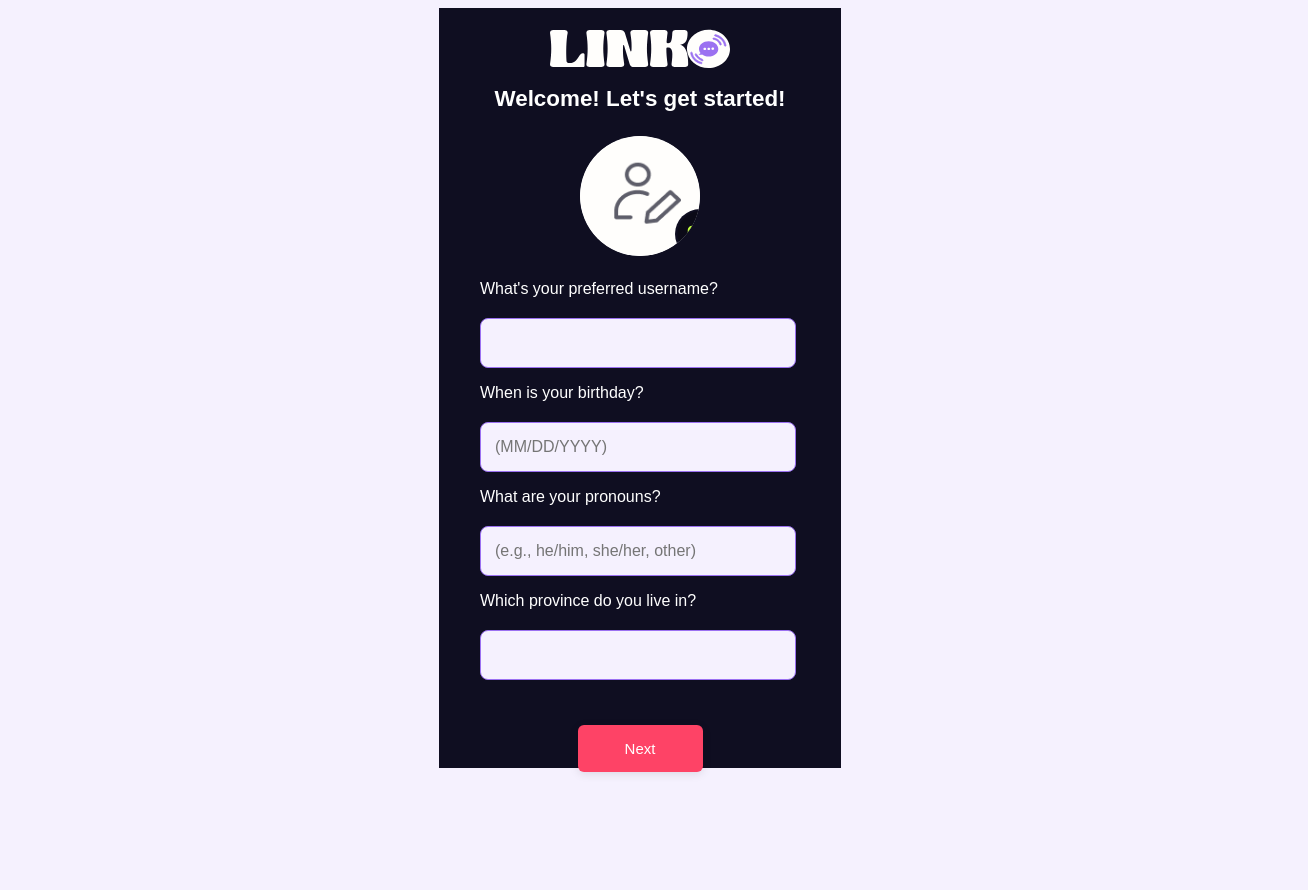
Repository: richelletiongson/MDIA2109_Linko
Page: /onboard/signup (app in linko_whatdafour/)
These files come from the project's save history. The page is drawn as it stood at one moment and after the next save; the edit follows.
The browser window is 1280 px wide. The page is 1280 px wide, then 1308 px, so the pictures cover 1308 px, including what lies to the right of the window. The pictures show the whole page.
The project was rebuilt for these pictures with package versions that can differ from the ones it lists, and the page was loaded fresh each time. The framework's server and built-in components were replaced by stand-ins that run in the browser. Also part of the build but not shown: linko_whatdafour/next.config.mjs, linko_whatdafour/app/.components/Modal/modal.module.css, linko_whatdafour/app/.components/Modal/modal.js.

Above is the page before, as saved 2025-05-20 23:59:59.

After the next save:
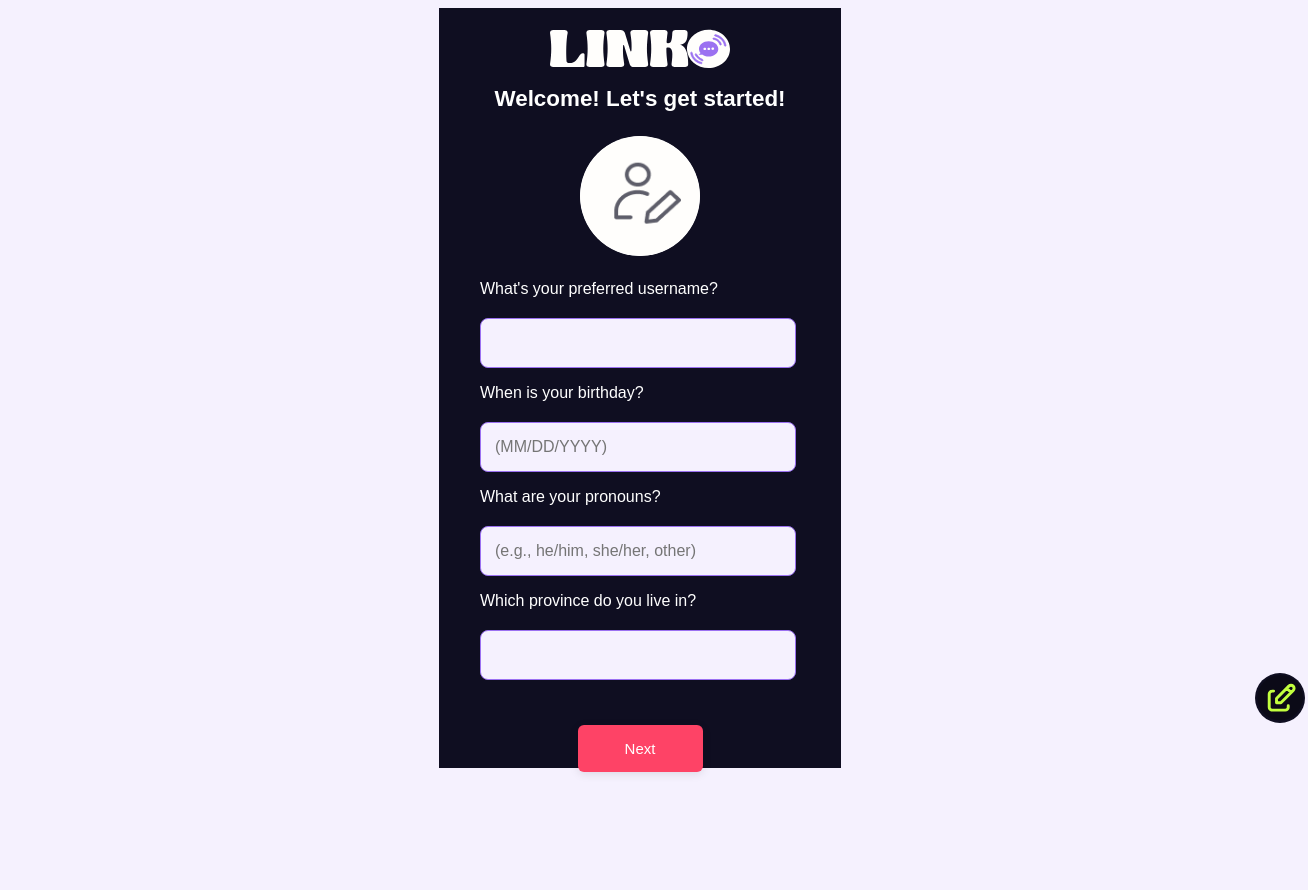
Saved 19 s later.
--- a/linko_whatdafour/app/onboard/signup/page.js
+++ b/linko_whatdafour/app/onboard/signup/page.js
@@ -48,7 +48,8 @@
             src={profilePic}
             alt="Profile icon"
           />
-          <div className={styles.addPhotoBtn}>
+        </div>
+        <div className={styles.addPhotoBtn}>
             <Button
               buttonText={<svg width="55" height="55" viewBox="0 0 55 55" fill="none" xmlns="http://www.w3.org/2000/svg">
                 <g id="Group">
@@ -62,7 +63,6 @@
               size="big_round"
             />
           </div>
-        </div>
       </div>
       <PhotoGalleryModal
         isOpen={profilePicModalOpen}
